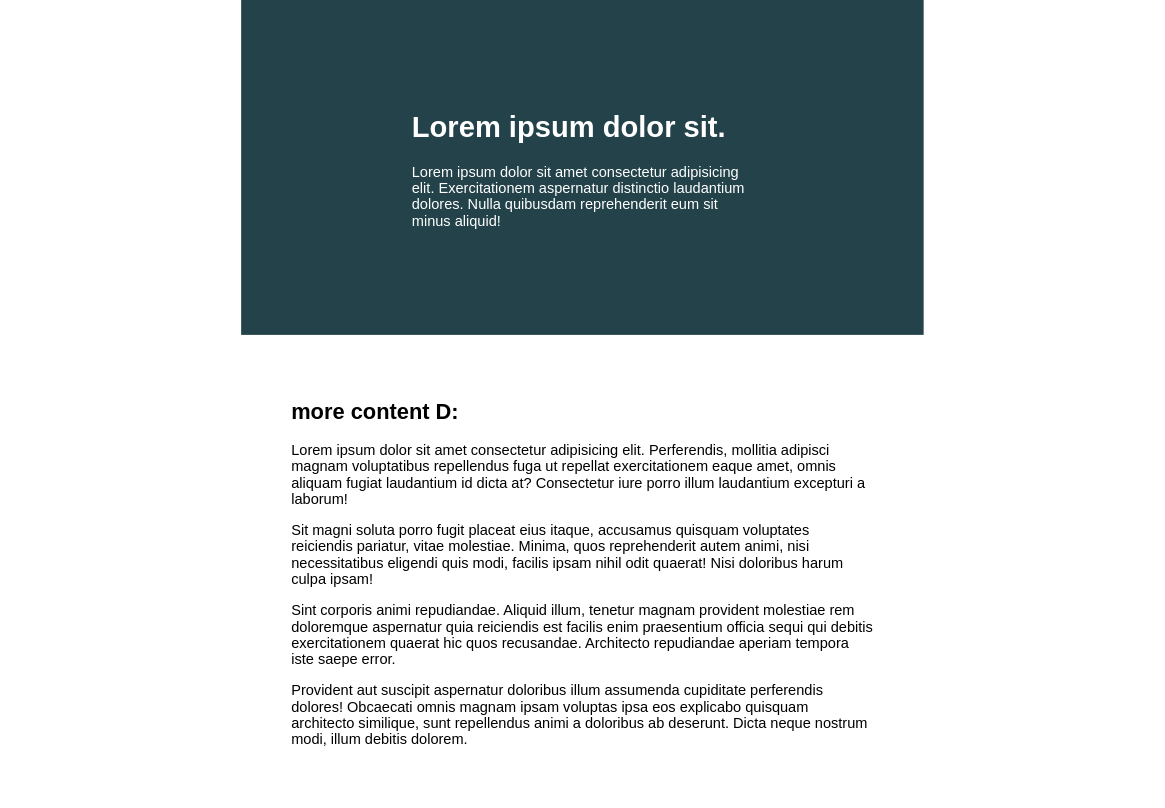
Repository: ufanodev/responsive-3
Page: index.html
An editor plug-in stored every save of this project. The page is shown before and after the next save, followed by the edit.
The browser window is 1280 px wide. The pictures show the whole page, at 91% of full size.

Above is the page before, as saved 2022-12-10 19:42:05.

### index.html
<!DOCTYPE html>
<html lang="en">
<head>
    <meta charset="UTF-8">
    <meta name="viewport" content="width=device-width, initial-scale=1.0">
    <title>KP Responsive Course</title>

    <link rel="stylesheet" href="style.css">
</head>
<body>

    <div class="container">
        <div class="intro-content">
            <h1>Lorem ipsum dolor sit.</h1>
            <p>Lorem ipsum dolor sit amet consectetur adipisicing elit. Exercitationem aspernatur distinctio laudantium dolores. Nulla quibusdam reprehenderit eum sit minus aliquid!</p>
        </div>
    </div>

    <div class ="intro-content">
        <h2>more content D:</h2>
            <p>Lorem ipsum dolor sit amet consectetur adipisicing elit. Perferendis, mollitia adipisci magnam voluptatibus repellendus fuga ut repellat exercitationem eaque amet, omnis aliquam fugiat laudantium id dicta at? Consectetur iure porro illum laudantium excepturi a laborum!</p>

            <p>Sit magni soluta porro fugit placeat eius itaque, accusamus quisquam voluptates reiciendis pariatur, vitae molestiae. Minima, quos reprehenderit autem animi, nisi necessitatibus eligendi quis modi, facilis ipsam nihil odit quaerat! Nisi doloribus harum culpa ipsam!</p>

            <p>Sint corporis animi repudiandae. Aliquid illum, tenetur magnam provident molestiae rem doloremque aspernatur quia reiciendis est facilis enim praesentium officia sequi qui debitis exercitationem quaerat hic quos recusandae. Architecto repudiandae aperiam tempora iste saepe error.</p>
            <p>Provident aut suscipit aspernatur doloribus illum assumenda cupiditate perferendis dolores! Obcaecati omnis magnam ipsam voluptas ipsa eos explicabo quisquam architecto similique, sunt repellendus animi a doloribus ab deserunt. Dicta neque nostrum modi, illum debitis dolorem.</p>
    </div>

</body>
</html>

### style.css
/* INSTRUCTIONS
 *
 * 1) Keep the text inside .intro-content
 *    in the same place, but have the background
 *    extend from one side of the viewport
 *    to the other, no matter how wide or narrow
 *    the browser is.
 *
 * 2) Limit the maximum width of the text in the
 *    bottom area.
 *
 * You may modify the HTML if needed
 * (you probably should for this challenge)
 *
 */

* {
  box-sizing: border-box;
}

body {
  margin: 0;
  font-family: sans-serif;
}

.container {
  width: 80%;
  max-width: 750px;
  margin: 0 auto;
  background: #23424a;
  color: white;
  padding: 50px 0;
}

.intro-content {
  width: 50%;
  max-width: 750px;
  margin: 0 auto;
  padding: 50px 0;
}

.intro-content2 {
  width: 25%;
  max-width: 750px;
  margin: 0 auto;
  padding: 50px 0;
}

After the next save:
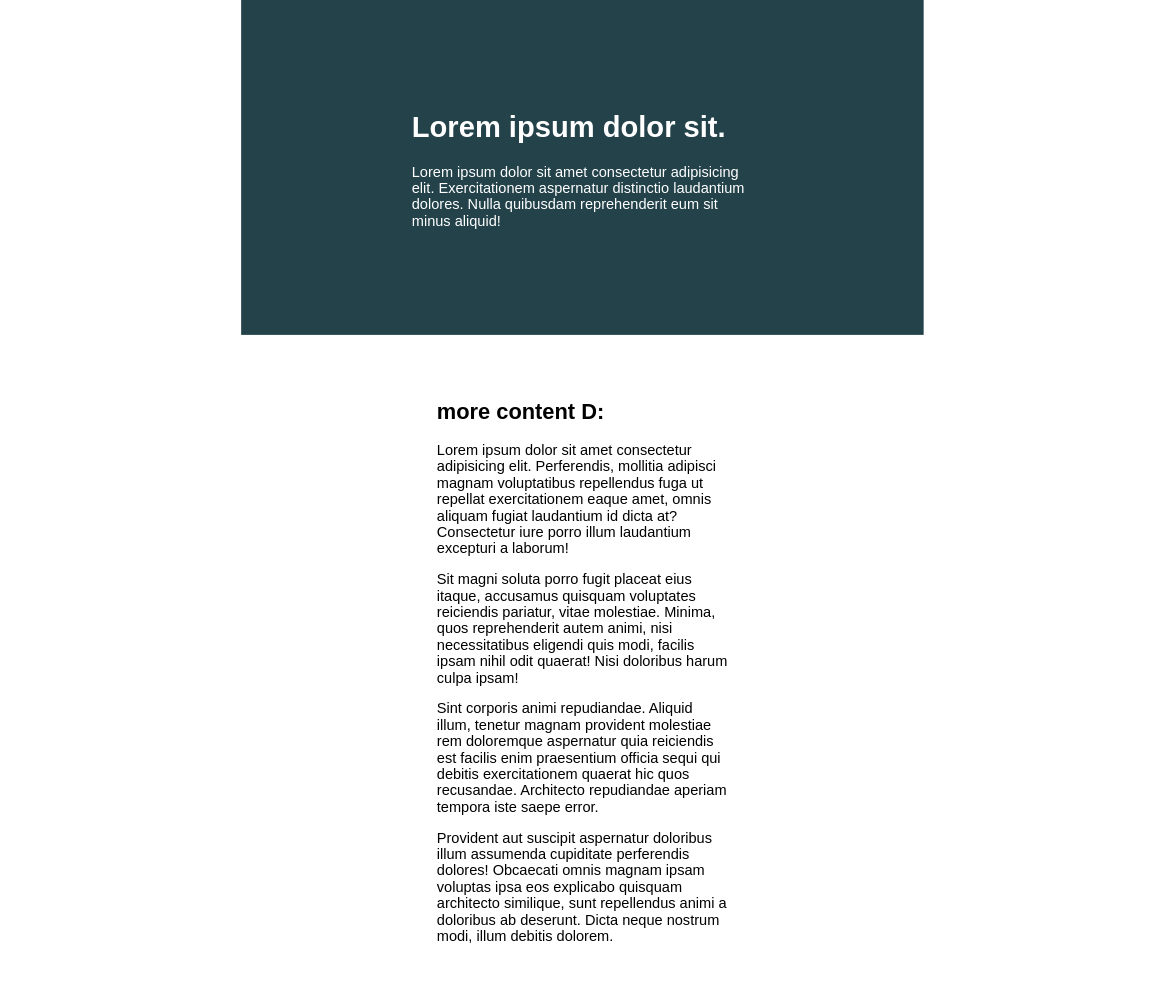
Saved 5 s later.
--- a/index.html
+++ b/index.html
@@ -16,7 +16,7 @@
         </div>
     </div>
 
-    <div class ="intro-content">
+    <div class ="intro-content2">
         <h2>more content D:</h2>
             <p>Lorem ipsum dolor sit amet consectetur adipisicing elit. Perferendis, mollitia adipisci magnam voluptatibus repellendus fuga ut repellat exercitationem eaque amet, omnis aliquam fugiat laudantium id dicta at? Consectetur iure porro illum laudantium excepturi a laborum!</p>
 
